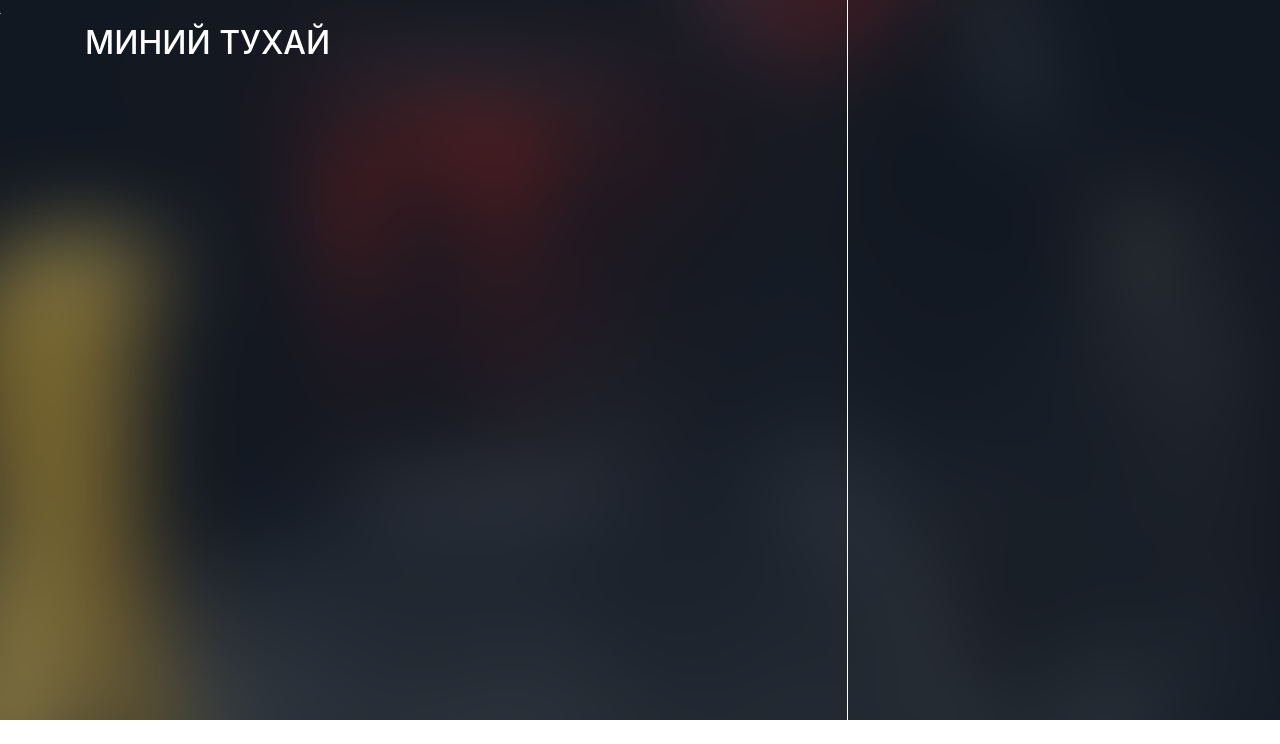
Repository: Yondo202/svProject
Page: /
The author's editor kept a copy of each file at every save. The page is drawn from the files as they stood at one save, then again after the next save.
The browser window is 1280 px wide. The pictures show the whole page.
The project was rebuilt for these pictures with package versions that can differ from the ones it lists, and the page was loaded fresh each time. The framework's server and built-in components were replaced by stand-ins that run in the browser. Also part of the build but not shown: next.config.js, style/style.scss.

Above is the page before, as saved 2020-11-18 21:24:22.

### pages/_app.js
import React from "react";
import App from "next/app";
import '../style/style.scss'
import { AnimatePresence } from "framer-motion";
import { MenuProvider } from "@/miscs/ContextMenuProvider";
import { ThemeProvider } from "styled-components";
import * as theme from "@/miscs/theme";
import checkLanguage from "@/components/miscs/checkLanguage";

const base = "http://localhost:1337";

class MyApp extends App {
    state = {
        menu: [],
        completelyLoaded: false,
    };
    // async componentDidMount() {
    //     let res = await checkLanguage(queryString, null);
    //     this.setState({ completelyLoaded: true, menu: res.data.menu.Main});
    // }

    render() {
        const { Component, pageProps, router } = this.props;

        return (
            <ThemeProvider theme={theme}>
                <MenuProvider value={this.state}>
                    <AnimatePresence exitBeforeEnter>
                        <Component {...pageProps} key={router.route} />
                    </AnimatePresence>
                </MenuProvider>
            </ThemeProvider>
        );
    }
}

export default MyApp;

const queryString = ``

// const queryString = `
// {
// menu {
//     Main {
//     Title Slug Page {
//         Slug
//         }
//         }
//     }
// }`;

### pages/_document.js
import css from '../style/style.scss'
import Document, { Html, Head, Main, NextScript } from 'next/document'
import Pixel from "@/components/miscs/Pixel";

class MyDocument extends Document {
    render(){
        return(
            <Html lang="mn">
                <Head>
                    <link rel="stylesheet" href="https://stackpath.bootstrapcdn.com/bootstrap/4.3.1/css/bootstrap.min.css" integrity="sha384-ggOyR0iXCbMQv3Xipma34MD+dH/1fQ784/j6cY/iJTQUOhcWr7x9JvoRxT2MZw1T" crossOrigin="anonymous"/>
                    <link rel="shortcut icon" href="/img/ico.png" />
                    <link href="https://fonts.googleapis.com/css2?family=Roboto:wght@300;400;700&display=swap" rel="stylesheet"/>
                    <link href="https://fonts.googleapis.com/css2?family=Poppins:wght@300;400;500&display=swap" rel="stylesheet"></link>
                    <Pixel/>
                </Head>
                <body>
                    <Main/>
                    <NextScript/>
                </body>
            </Html>
        )
    }
}

export default MyDocument

### pages/index.js
import React from "react";
import { motion } from "framer-motion";
import Background from '../components/Top'
import Forms from '../components/Forms'

function index() {
    return (
        <div>
            <Background />
            <Forms />
        </div>
    )
}

export default index




























// import Root from "@/core/Root";
// import ResolveComponent from "@/components/dynamic/ResolveComponent"
// import checkLanguage from "@/components/miscs/checkLanguage";
// import { MenuContext } from '@/miscs/ContextMenuProvider'
// import { useContext } from "react";

// const Index = ({ data }) => {

//     let { Layout } = data
//     const { completelyLoaded } = useContext(MenuContext);

//     return (
//         <motion.div exit={{ opacity: 0 }} initial={{ opacity: 0 }} animate={{ opacity: 1 }} >
//             <Root noFooter>
//                 {completelyLoaded &&
//                     <ResolveComponent data={Layout} />
//                 }
//             </Root>
//         </motion.div>
//     );

// };
// export default Index;

// export async function getServerSideProps({ params, req }) {
//     let res = await checkLanguage('/home', req, true);
//     return { props: { data: res.data } }
// }

### components/miscs/ContextMenuProvider.js
import React from 'react';

const MenuContext = React.createContext();

const MenuProvider = MenuContext.Provider
const MenuConsumer = MenuContext.Consumer

export {MenuProvider, MenuConsumer, MenuContext}

### components/miscs/theme.js
export const colorOne = "#532532";
export const colorTwo = "#123123";
export const fontSize = "16px";
export const fontFamily1 = "Poppins', sans-serif"

### components/miscs/checkLanguage.js
import fetch from "node-fetch";
import parseCookies from '@/miscs/parseCookies';

const checkLanguage = async (queryString, req, normal) =>{

    const cookies = parseCookies(req);
    const httpObject = { method: 'post', headers: { 'Content-Type': 'application/json'}, body: JSON.stringify({ query: `query ${queryString}`})}

    if(normal){
        return new Promise(async(resolve, reject) => {
            if(cookies['tb-lang'] === "en"){
                const res = await fetch(`http://localhost:1337${queryString}`);
                const pageData = await res.json();
                return resolve({data: pageData});
            }
            else{
                const res = await fetch(`http://localhost:1337${queryString}`);
                const pageData = await res.json();
                return resolve({data: pageData});
            }
        })
    }

    return new Promise(async(resolve, reject)=>{
      if(cookies['tb-lang'] === "en"){
          const res = await fetch('http://localhost:1337/graphql', httpObject)
          const pageData = await res.json()
          return resolve({data: pageData.data});
      }
      else{
          const res = await fetch('http://localhost:1337/graphql', httpObject)
          const pageData = await res.json()
          return resolve({data: pageData.data});
      }
    })

}

export default checkLanguage

### components/miscs/Pixel.js
import React from "react";

export default () => (
    <React.Fragment>
        <script
            dangerouslySetInnerHTML={{
                __html: `!function(f,b,e,v,n,t,s){if(f.fbq)return;n=f.fbq=function(){n.callMethod?n.callMethod.apply(n,arguments):n.queue.push(arguments)};if(!f._fbq)f._fbq=n;n.push=n;n.loaded=!0;n.version='2.0';n.queue=[];t=b.createElement(e);t.async=!0;t.src=v;s=b.getElementsByTagName(e)[0];s.parentNode.insertBefore(t,s)}(window,document,'script','https://connect.facebook.net/en_US/fbevents.js');fbq('init', '626874991348714'); fbq('track', 'PageView');`,
            }}
        />
        <noscript
            dangerouslySetInnerHTML={{
                __html: `<img height="1" width="1" src="https://www.facebook.com/tr?id=626874991348714&ev=PageView&noscript=1"/>`,
            }}
        />
    </React.Fragment>
);

### components/Top.js
// import React from 'react';

// const Test = ({data}) => {
//     return (
//         <div>
//             {data.Title && <h1>{data.Title}hahhaha</h1>}
//         </div>
//     );
// };

// export default Test;

import React from 'react'
import styled from 'styled-components'
function top({data}) {
    return (
        // <Conainer style={{backgroundImage: `url("https://jevelin.shufflehound.com/business/wp-content/uploads/sites/39/2019/11/Rectangle-1-copy-7.jpg?id=10")`}}>
        <Conainer style={{backgroundImage:"url('/img/Blur.png')"}}>
            {/* <img src="/img/Blur.png"/> */}
        </Conainer>
    )
}

export default top


const Conainer = styled.div`
    color:white;
    background-size: cover;
    background-position:center center;
    min-height: 80vh;
    max-height: 100vh;
    height: 100vh;
    width: 100%;
    position: fixed;
    top:0;
    z-index: -2;
`

### components/Forms.js
import React from 'react'
import styled from 'styled-components'
import Modal from 'react-modal';


const customStyles = {
    content : {
      top                   : '50%',
      left                  : '50%',
      right                 : 'auto',
      bottom                : 'auto',
      marginRight           : '-50%',
      transform             : 'translate(-50%, -50%)'
    }
  };

function Forms() {

    var subtitle;
    const [modalIsOpen,setIsOpen] = React.useState(false);
    function openModal() {
      setIsOpen(true);
    }
    function afterOpenModal() {
        // references are now sync'd and can be accessed.
        subtitle.style.color = '#0E3232';
      }

    function closeModal(){
    setIsOpen(false);
    }

    return (
        <Conainer  className="container">

          <div className="Header">
              <h2>МИНИЙ ТУХАЙ</h2>
          </div>

        {/* <div>
            <button onClick={openModal}>Open Modal</button>
                <Modal
                    isOpen={modalIsOpen}
                    onAfterOpen={afterOpenModal}
                    onRequestClose={closeModal}
                    style={customStyles}
                    contentLabel="Example Modal"
                >
                    <h2 ref={_subtitle => (subtitle = _subtitle)}>Hello</h2>
                    <button onClick={closeModal}>close</button>
                    <div>I am a modal</div>
                    <div>I am a modal</div>
                    <div>I am a modal</div>
                    <div>I am a modal</div>
                    <div>I am a modal</div>
                    <div>I am a modal</div>
                    <form>
                    <input />
                    <button>tab navigation</button>
                    <button>stays</button>
                    <button>inside</button>
                    <button>the modal</button>
                    </form>
                </Modal>
        </div> */}
        </Conainer>
    )
}

export default Forms


const Conainer = styled.div`
    font-family: ;
    color: white;
    height:100vh;
    // margin-top:5vh;
    border-radius:8px;
    z-index:0;
`

### components/miscs/parseCookies.js
import cookie from 'cookie'

export default function parseCookies(req) {
    return cookie.parse(req ? req.headers.cookie || "" : document.cookie);
}

After the next save:
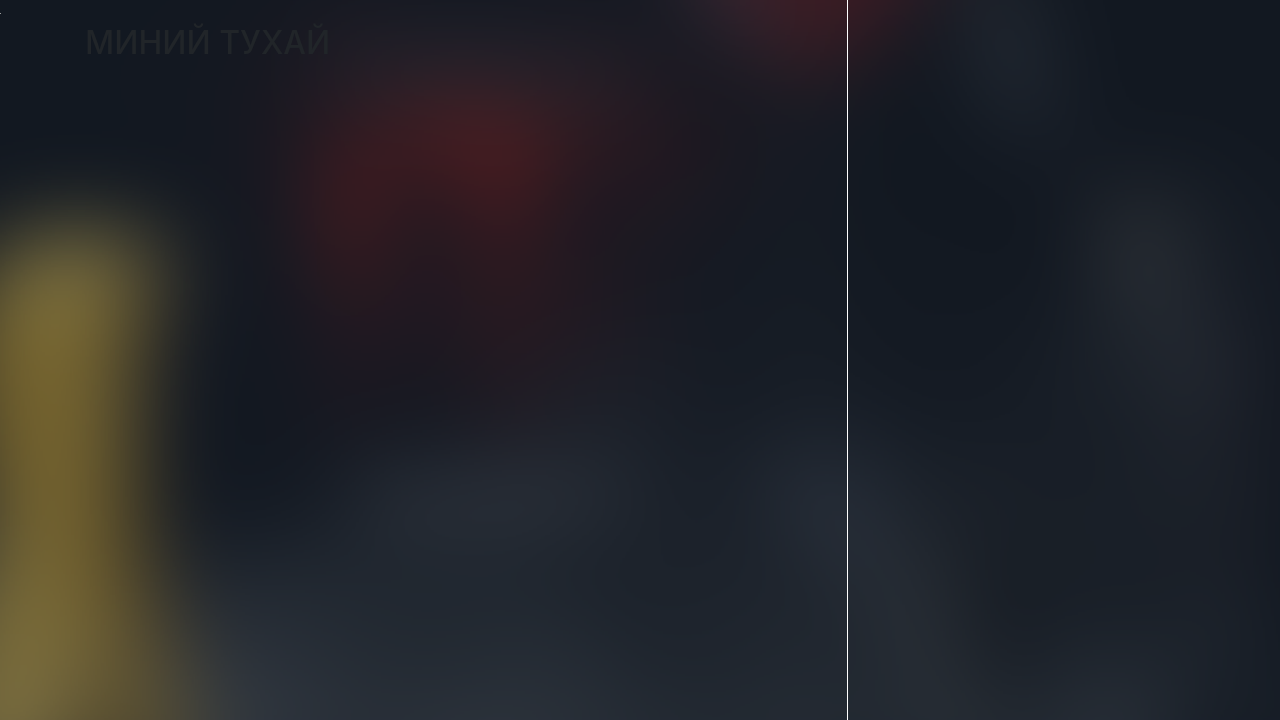
Saved 118 s later.
--- a/components/Forms.js
+++ b/components/Forms.js
@@ -71,7 +71,7 @@
 
 
 const Conainer = styled.div`
-    font-family: ;
+    font-family: ${({ theme }) => theme.fontFamily1};
     color: white;
     height:100vh;
     // margin-top:5vh;

After the save that followed:
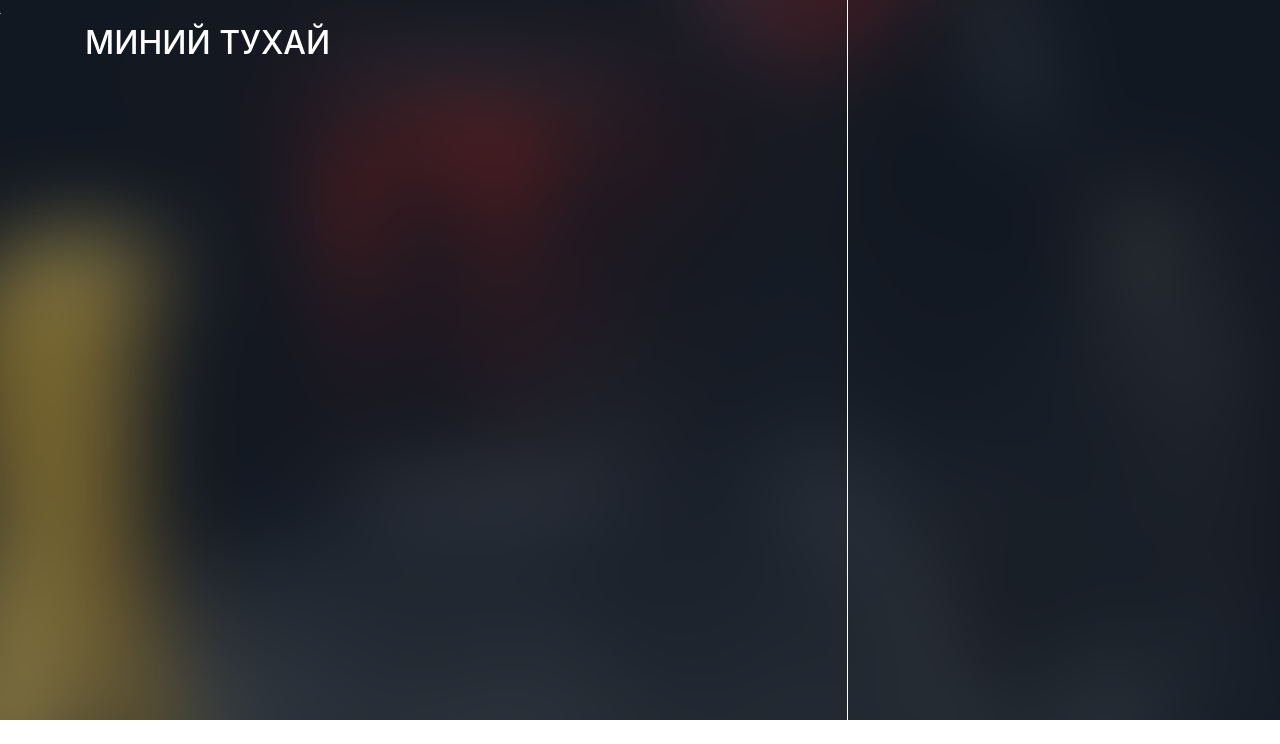
Saved 16 s later.
--- a/components/Forms.js
+++ b/components/Forms.js
@@ -71,10 +71,11 @@
 
 
 const Conainer = styled.div`
-    font-family: ${({ theme }) => theme.fontFamily1};
     color: white;
     height:100vh;
     // margin-top:5vh;
     border-radius:8px;
     z-index:0;
+    font-family: ${({ theme }) => theme.fontFamily1};
+
 `
